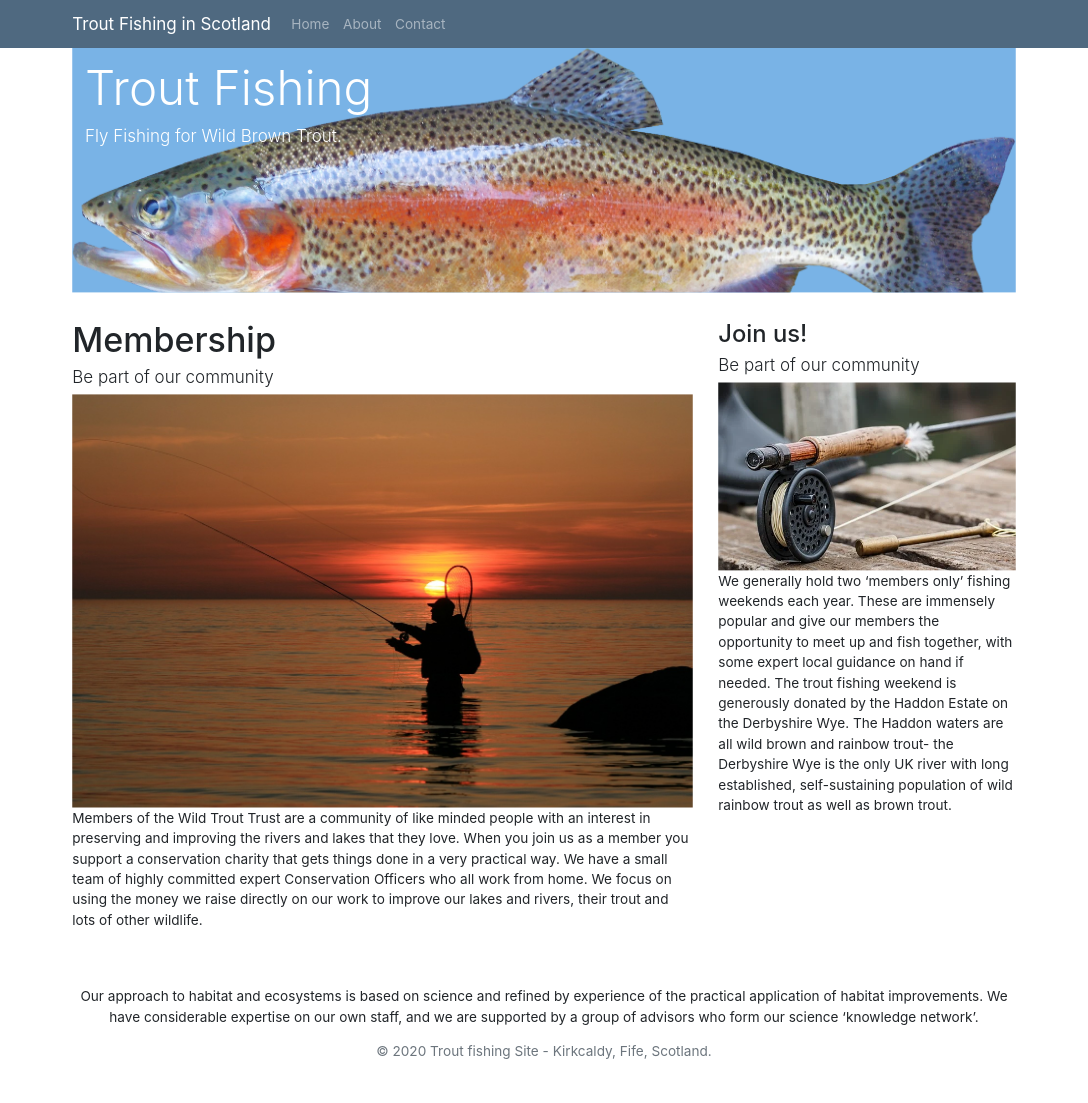
Repository: adrian9211/College_project
Page: about.html
An editor plug-in stored every save of this project. The page is shown before and after a run of saves, followed by the edit.
The browser window is 1280 px wide. The pictures show the whole page, at 85% of full size.

Above is the page before, as saved 2020-11-04 09:49:51.

After the next 2 saves:
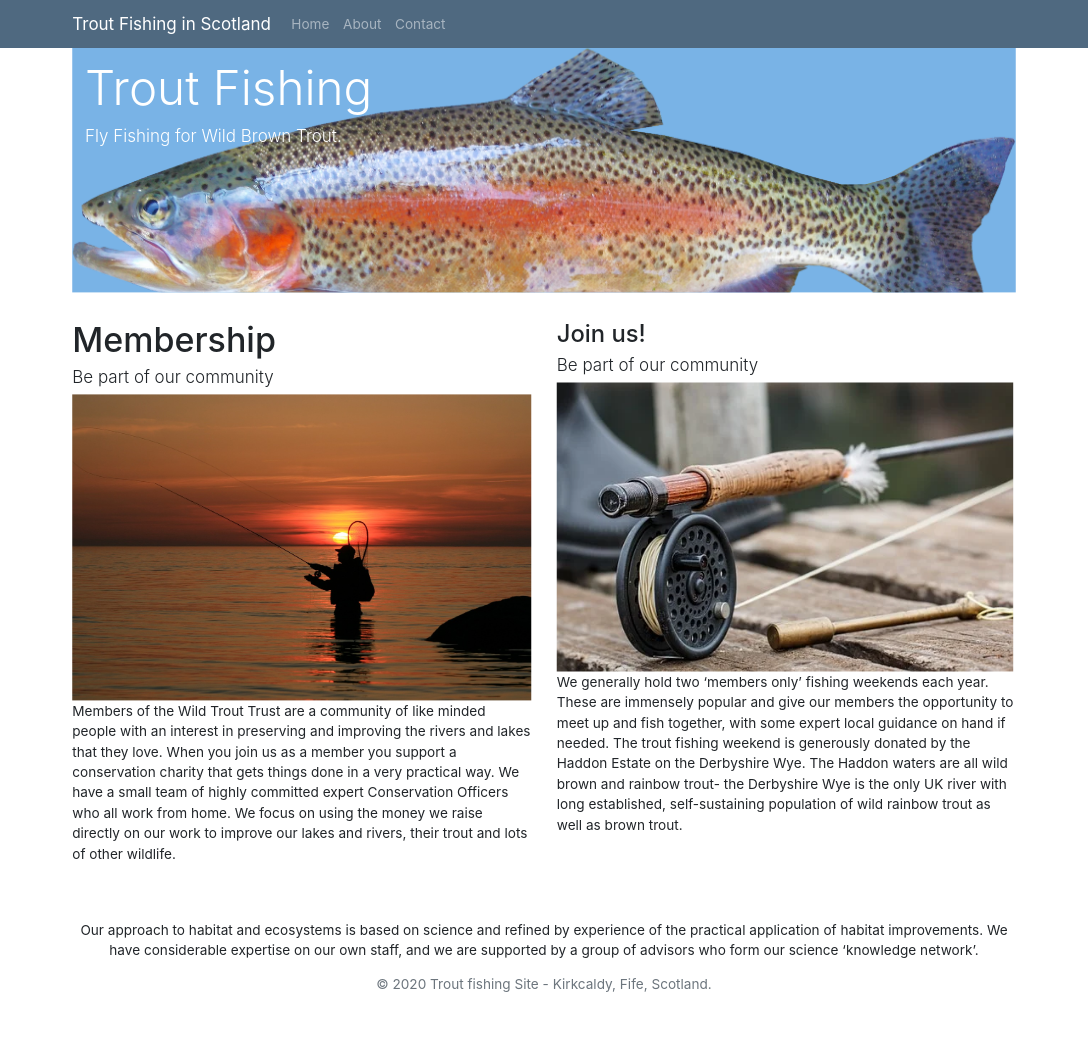
The 2 saves are shown as one change because they came seconds apart.
The last was saved 15 s later.
--- a/about.html
+++ b/about.html
@@ -48,7 +48,7 @@
     <!-- Main section start -->
     <div class="container">
       <div class="row">
-        <div class="col-sm-8">
+        <div class="col-sm-6">
           <h1>
             Membership
           </h1>
@@ -56,7 +56,7 @@
           <img src="img/large/angler-3308264_1280.jpg" alt="angler" class="img-fluid">
           <p>Members of the Wild Trout Trust are a community of like minded people with an interest in preserving and improving the rivers and lakes that they love. When you join us as a member you support a conservation charity that gets things done in a very practical way. We have a small team of highly committed expert Conservation Officers who all work from home. We focus on using the money we raise directly on our work to improve our lakes and rivers, their trout and lots of other wildlife. </p>
         </div>
-        <div class="col-sm-4">
+        <div class="col-sm-6">
           <h3>
             Join us!
           </h3>
